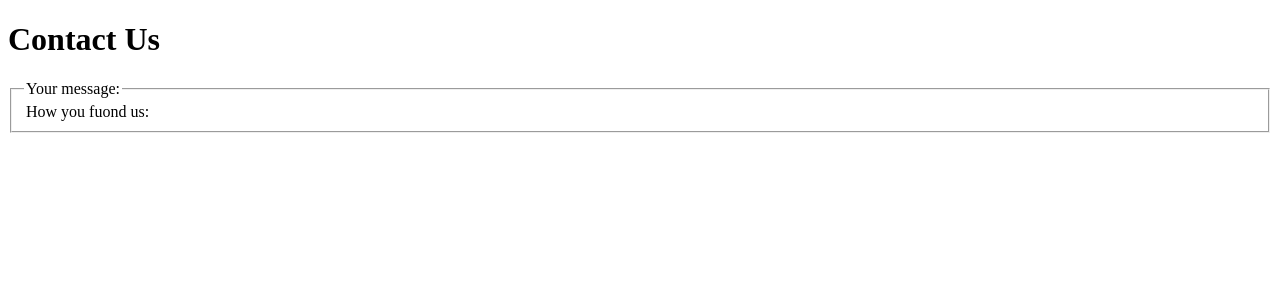
Repository: PhamChiXuan1/HTCNW_tuan3_DHCNTT16C_PhamChiXuan_20030131
Page: bt15.html
The author's editor kept a copy of each file at every save. The page is drawn from the files as they stood at one save, then again after the next save.
The browser window is 1280 px wide. The pictures show the whole page.

Above is the page before, as saved 2022-02-28 11:28:20.

### bt15.html
<!DOCTYPE html>
<html lang="en">
<head>
    <meta charset="UTF-8">
    <meta http-equiv="X-UA-Compatible" content="IE=edge">
    <meta name="viewport" content="width=device-width, initial-scale=1.0">
    <title>Document</title>
</head>
<body>
    <H1>Contact Us</H1>
    <fieldset>
        <legend>Your message:</legend>
        <legend>How you fuond us:</legend>
    </fieldset>
</body>
</html>

After the next save:
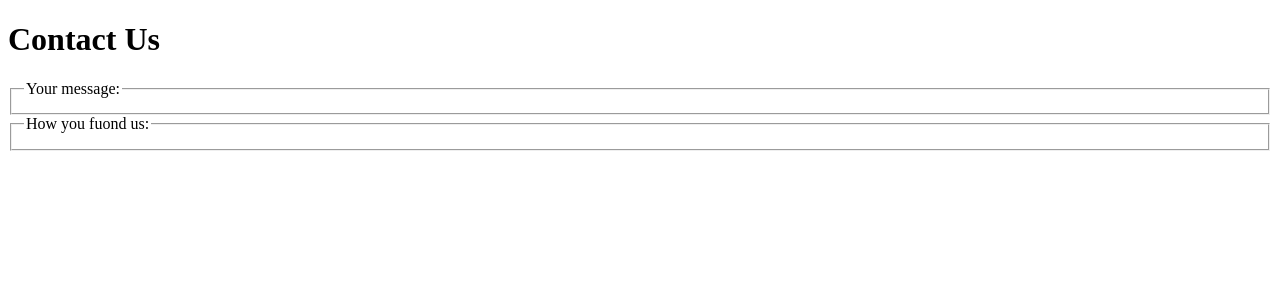
Saved 93 s later.
--- a/bt15.html
+++ b/bt15.html
@@ -10,6 +10,9 @@
     <H1>Contact Us</H1>
     <fieldset>
         <legend>Your message:</legend>
+
+    </fieldset>
+    <fieldset>
         <legend>How you fuond us:</legend>
     </fieldset>
 </body>
